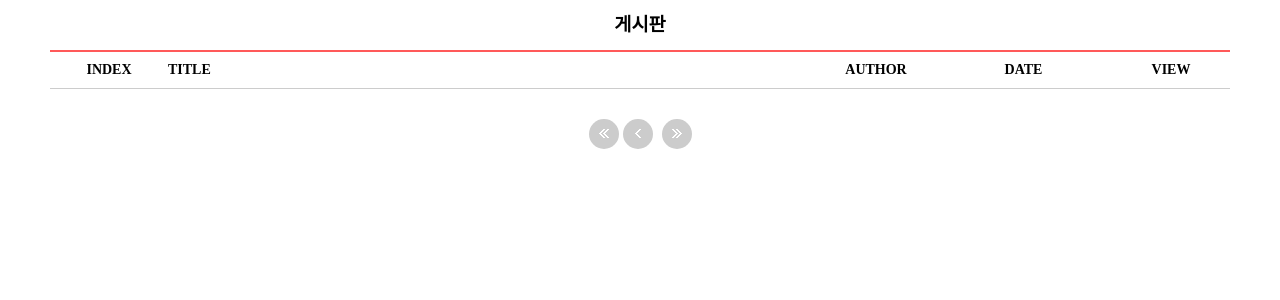
Repository: kmbm0916-biz/JSP_Noticeboard
Page: http://localhost/Board_30604/index.jsp?pagenum=1
An editor plug-in stored every save of this project. The page is shown before and after the next save, followed by the edit.
The browser window is 1280 px wide. The pictures show the whole page.
The page is served by Tomcat 9. Queries for data that is not in the repository find no rows.

Above is the page before, as saved 2021-10-20 04:49:46.

After the next save:
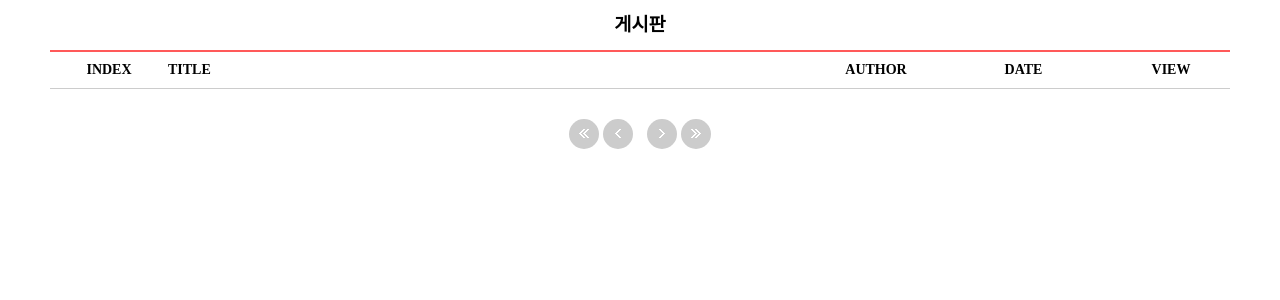
Saved 10 s later.
--- a/30604 김강민 게시판_jsp/Board_30604/WebContent/index.jsp
+++ b/30604 김강민 게시판_jsp/Board_30604/WebContent/index.jsp
@@ -63,7 +63,7 @@
             <%for(int pageidx = 1; pageidx <= pageno; pageidx++){ %>
             <a href="index.jsp?pagenum=<%=pageidx %>" class="idx"><%=pageidx %></a>
             <%} %>
-            <!-- <a href="#" class="bt next">다음 페이지</a> -->
+            <a href="#" class="bt next">다음 페이지</a>
             <a href="index.jsp?pagenum=<%=pageno %>" class="bt last">마지막 페이지</a>
         </div>
     </div>
